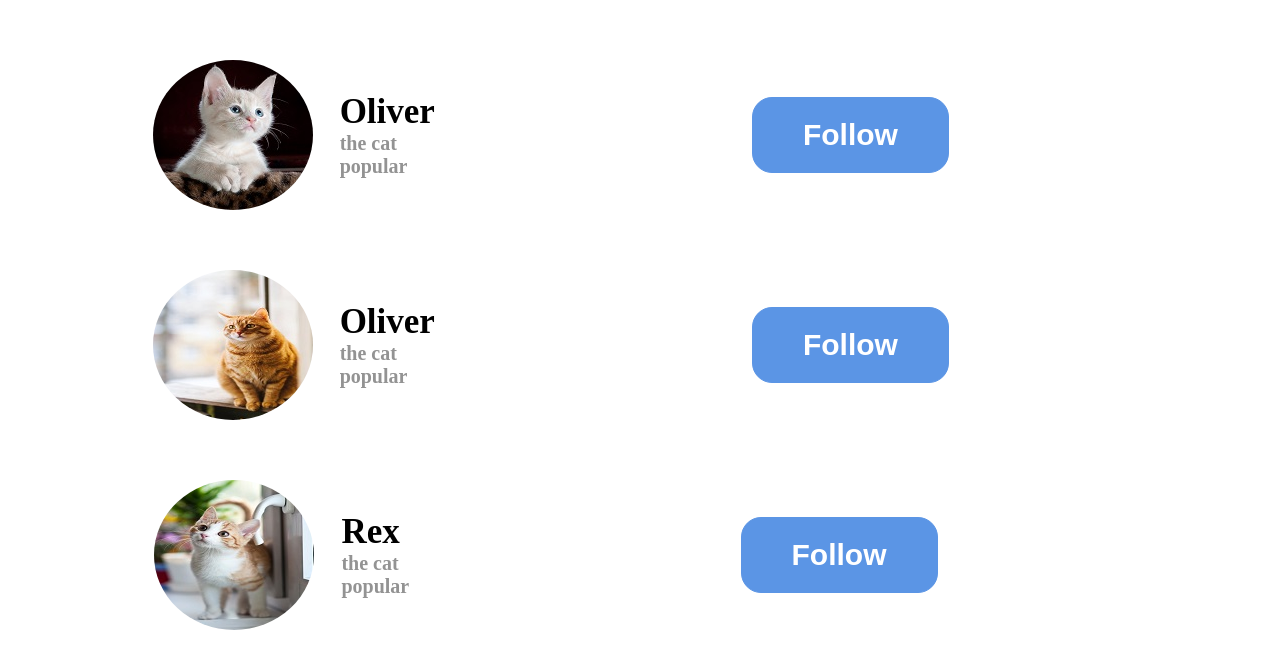
Repository: arifshahriyarnader/css-flexbox
Page: Exercise 4/index.html
An editor plug-in stored every save of this project. The page is shown before and after the next save, followed by the edit.
The browser window is 1280 px wide. The pictures show the whole page.

Above is the page before, as saved 2024-06-21 11:47:14.

### Exercise 4/index.html
<!DOCTYPE html>
<html lang="en">
<head>
    <meta charset="UTF-8">
    <meta name="viewport" content="width=device-width, initial-scale=1.0">
    <title>Document</title>
    <link rel="stylesheet" href="css/style.css">
</head>
<body>
        <div class="follow">
            <img src="images/cat1.jpg" alt="cat 1" class="follow_img">
            <div class="follow_content">
                <h3>Oliver</h3>
                <p>the cat</p>
                <p>popular</p>
            </div>
            <div></div>
            <div></div>
            <div></div>
            <div></div>
            <div></div>
            <div></div>
            <div></div>
            <div></div>
            <div></div>
            <div></div>
            <div></div>
            <button type="submit" class="btn">Follow</button>
            <div></div>
            <div></div>
            <div></div>
            <div></div>
            <div></div>
            <div></div>
            <div></div>
            <div></div>
            <div></div>
        </div>

        <div class="follow">
            <img src="images/cat2.jpg" alt="cat 1" class="follow_img">
            <div class="follow_content">
                <h3>Oliver</h3>
                <p>the cat</p>
                <p>popular</p>
            </div>
            <div></div>
            <div></div>
            <div></div>
            <div></div>
            <div></div>
            <div></div>
            <div></div>
            <div></div>
            <div></div>
            <div></div>
            <div></div>
            <button type="submit" class="btn">Follow</button>
            <div></div>
            <div></div>
            <div></div>
            <div></div>
            <div></div>
            <div></div>
            <div></div>
            <div></div>
            <div></div>
        </div>

        <div class="follow">
            <img src="images/cat3.jpg" alt="cat 1" class="follow_img">
            <div class="follow_content">
                <h3>Rex</h3>
                <p>the cat</p>
                <p>popular</p>
            </div>
            <div></div>
            <div></div>
            <div></div>
            <div></div>
            <div></div>
            <div></div>
            <div></div>
            <div></div>
            <div></div>
            <div></div>
            <div></div>
            <button type="submit" class="btn">Follow</button>
            <div></div>
            <div></div>
            <div></div>
            <div></div>
            <div></div>
            <div></div>
            <div></div>
            <div></div>
            <div></div>
        </div>
</body>
</html>

### Exercise 4/css/style.css
*{
    margin:0;
    padding: 0;
    box-sizing: border-box;
}
.follow{
    display: flex;
    align-items: center;
    justify-content: space-around;
    margin:60px 80px;
}
.follow_img{
    border-radius: 50%;
    margin-left: 60px;
}
.follow_content h3{
    font-size: 35px;

}

.follow_content p{
    color:#939393;
    font-size: 20px;
    font-weight: bold;
}

.btn{
    background-color: #5B95E5;
    color: #fff;
    padding: 20px 50px;
    font-size: 30px;
    font-weight: bold;
    border: 1px solid #5B95E5;
    border-radius: 20px;
}

After the next save:
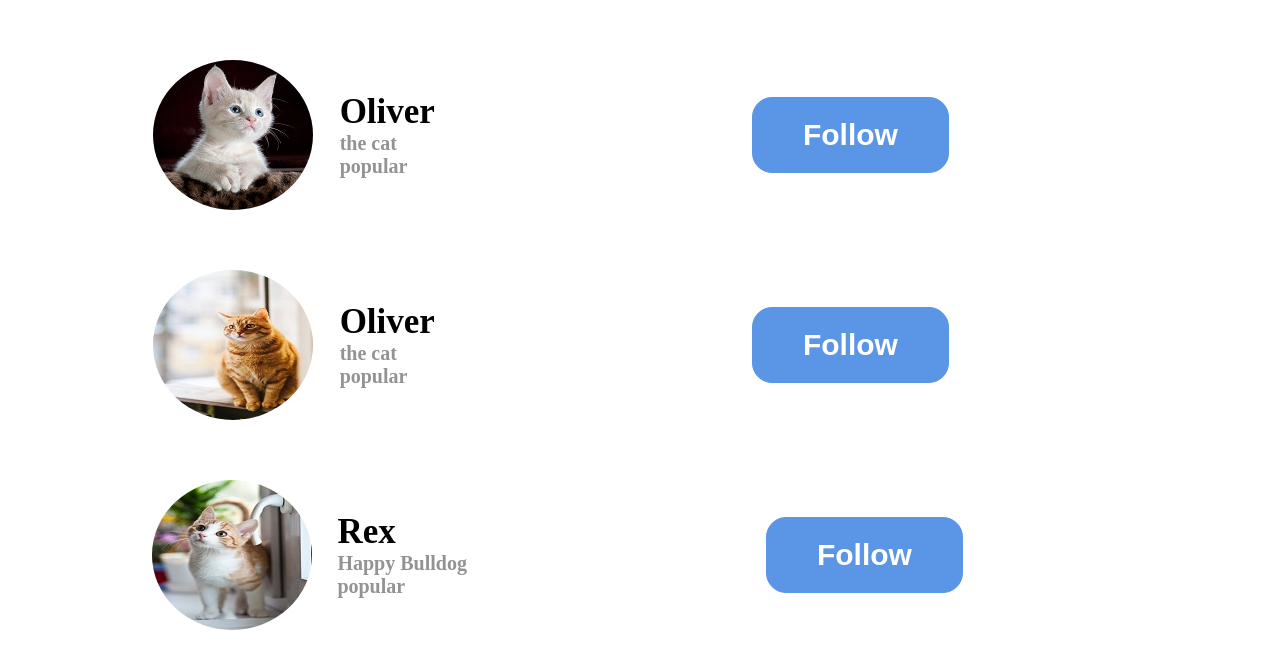
Saved 12 s later.
--- a/Exercise 4/index.html
+++ b/Exercise 4/index.html
@@ -71,7 +71,7 @@
             <img src="images/cat3.jpg" alt="cat 1" class="follow_img">
             <div class="follow_content">
                 <h3>Rex</h3>
-                <p>the cat</p>
+                <p>Happy Bulldog</p>
                 <p>popular</p>
             </div>
             <div></div>
